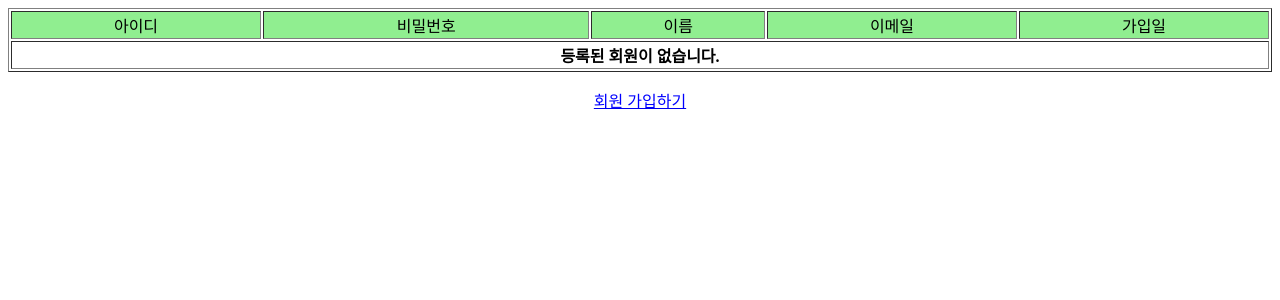
Repository: khkhkhh/JAVA
Page: http://localhost/pro17/test03/listMembers.jsp
The author's editor kept a copy of each file at every save. The page is drawn from the files as they stood at one save, then again after the next save.
The browser window is 1280 px wide. The pictures show the whole page.
The page is served by Tomcat 9.

Above is the page before, as saved 2022-08-08 02:10:12.

After the next save:
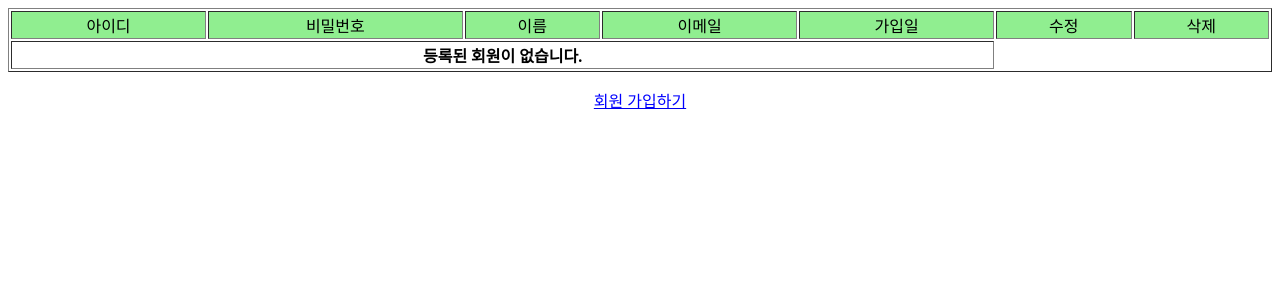
Saved 48 s later.
--- a/pro17/src/main/webapp/test03/listMembers.jsp
+++ b/pro17/src/main/webapp/test03/listMembers.jsp
@@ -59,6 +59,8 @@ request.setCharacterEncoding("UTF-8");
 			<td>${'이름' }</td>
 			<td>${'이메일' }</td>
 			<td>${'가입일' }</td>
+			<td>${'수정' }</td>
+			<td>${'삭제' }</td>
 		</tr>
 		<c:choose>
 			<c:when test="${membersList==null}">
